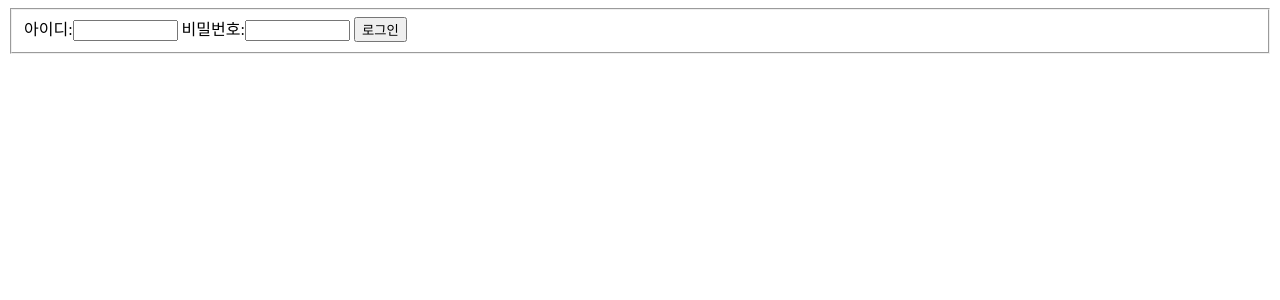
Repository: to-flatwhite1/JSP
Page: http://localhost/JSP/next.jsp
An editor plug-in stored every save of this project. The page is shown before and after the next save, followed by the edit.
The browser window is 1280 px wide. The pictures show the whole page.
The page is served by Tomcat 9.

Above is the page before, as saved 2024-05-17 08:55:10.

After the next save:
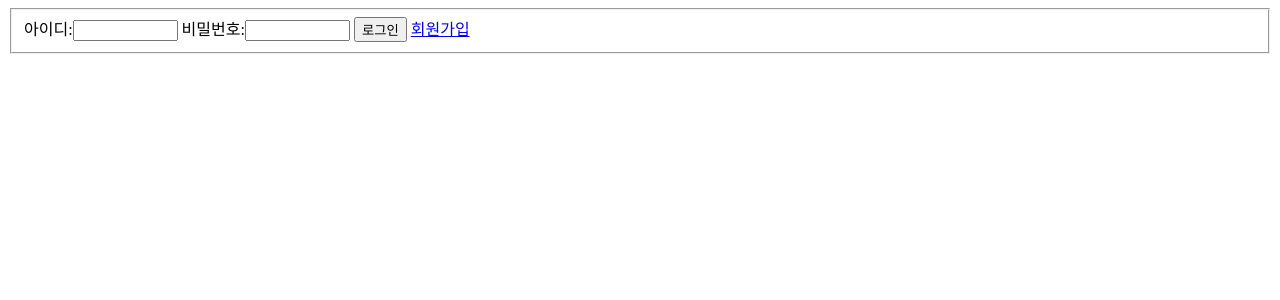
Saved 117 s later.
--- a/portfolio-master/JSP/src/main/webapp/next.jsp
+++ b/portfolio-master/JSP/src/main/webapp/next.jsp
@@ -12,6 +12,7 @@
 	아이디:<input type="text" id="user_id" size="10">
 	비밀번호:<input type="password" id="user_pw" size="10">
 	<input type="submit" value="로그인">
+	<a href="next2.jsp">회원가입</a>
 	</fieldset>
 	</form>
 
